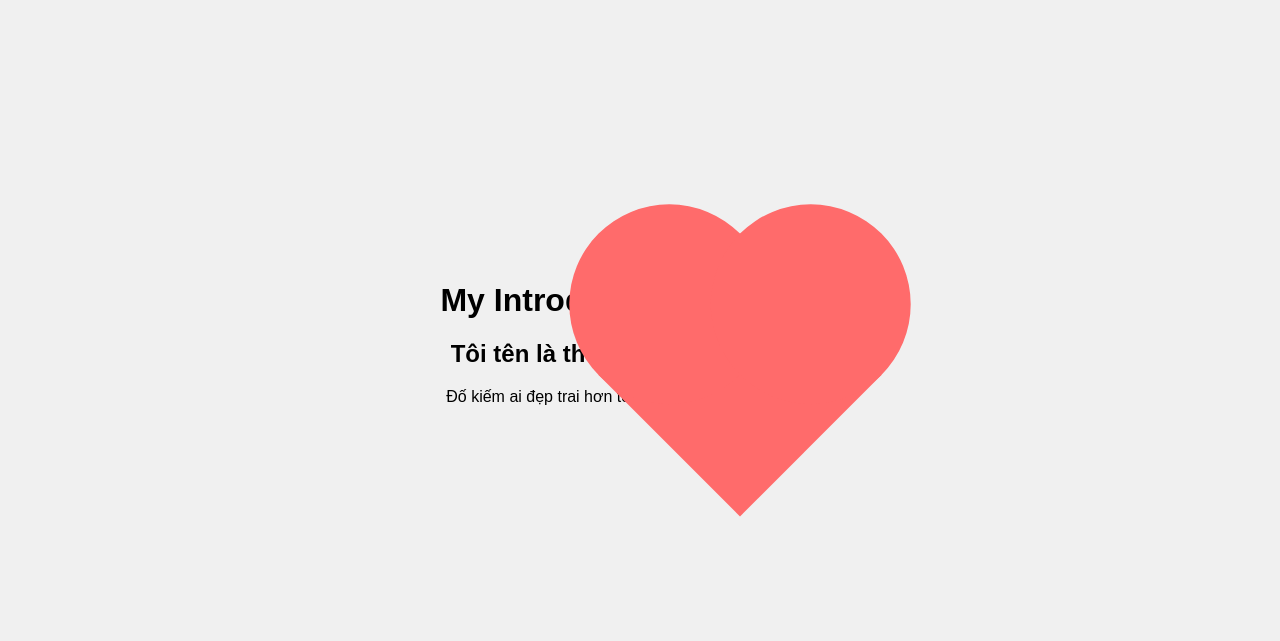
Repository: Thonghehe/profile
Page: index.html
An editor plug-in stored every save of this project. The page is shown before and after the next save, followed by the edit.
The browser window is 1280 px wide. The pictures show the whole page.

Above is the page before, as saved 2024-11-15 13:34:00.

### index.html
<!DOCTYPE html>
<html lang="en">

<head>
    <meta charset="UTF-8">
    <meta name="viewport" content="width=device-width, initial-scale=1.0">
    <title>Document</title>
    <link rel="stylesheet" href="./style.css">
</head>

<body>
    <div>
        <h1>My Introduce</h1>
        <h2>Tôi tên là thông</h2>
        <p>Đố kiếm ai đẹp trai hơn tôi</p>
        <img src="" alt="">
    </div>
    <div class="heart"></div>
</body>

</html>

### style.css
body {
    display: flex;
    justify-content: center;
    align-items: center;
    height: 100vh;
    margin: 0;
    background-color: #f0f0f0;
    font-family: Arial, sans-serif;
}

div {
    text-align: center;
    margin-bottom: 20px;
}

.heart {
    position: relative;
    width: 200px;
    height: 200px;
    background-color: #ff6b6b;
    transform: rotate(-45deg);
    margin-top: 50px;
}

.heart::before,
.heart::after {
    content: "";
    position: absolute;
    width: 200px;
    height: 200px;
    background-color: #ff6b6b;
    border-radius: 50%;
}

.heart::before {
    top: -100px;
    left: 0;
}

.heart::after {
    top: 0;
    left: 100px;
}

After the next save:
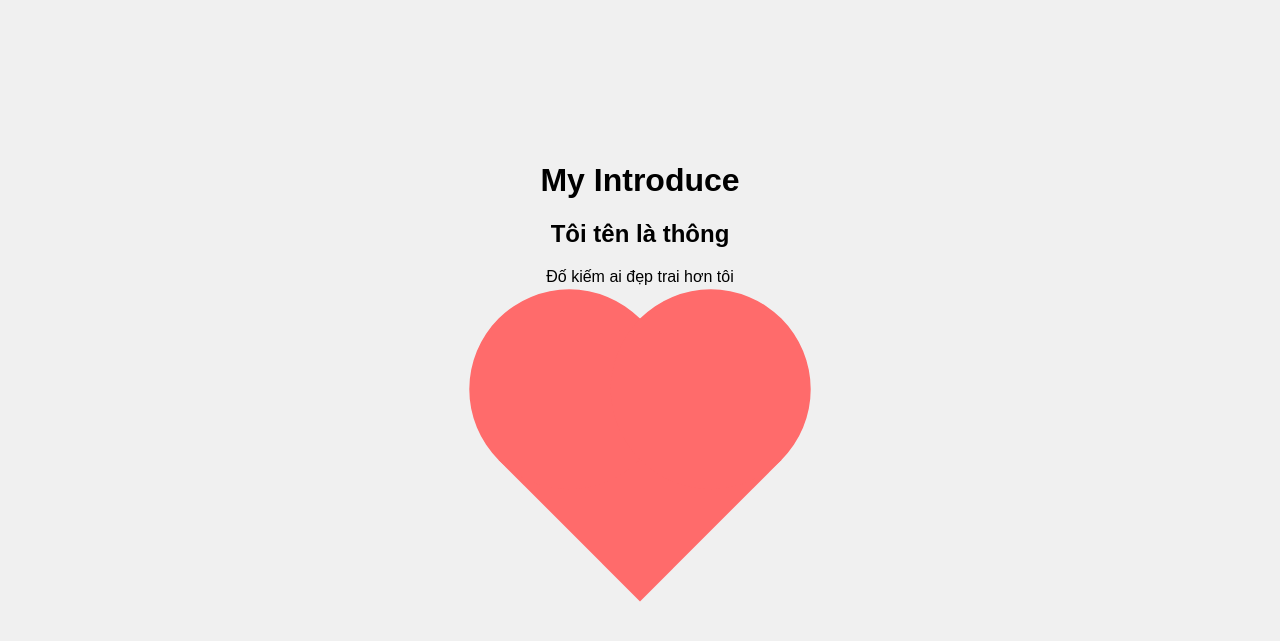
Saved 71 s later.
--- a/style.css
+++ b/style.css
@@ -1,5 +1,6 @@
 body {
     display: flex;
+    flex-direction: column;
     justify-content: center;
     align-items: center;
     height: 100vh;
@@ -19,7 +20,7 @@ div {
     height: 200px;
     background-color: #ff6b6b;
     transform: rotate(-45deg);
-    margin-top: 50px;
+    margin-top: 20px;
 }
 
 .heart::before,
